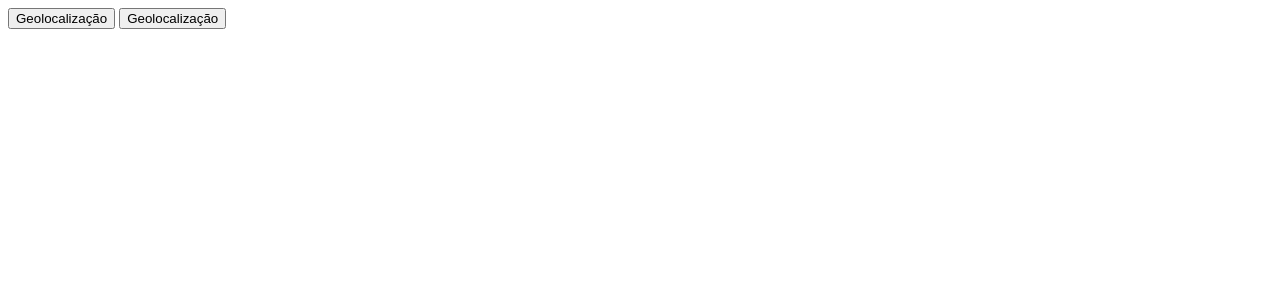
Repository: umlaufisadora/api-weather-physics
Page: index.html
The author's editor kept a copy of each file at every save. The page is drawn from the files as they stood at one save, then again after the next save.
The browser window is 1280 px wide. The pictures show the whole page.

Above is the page before, as saved 2026-07-24 20:25:12.

After the next save:
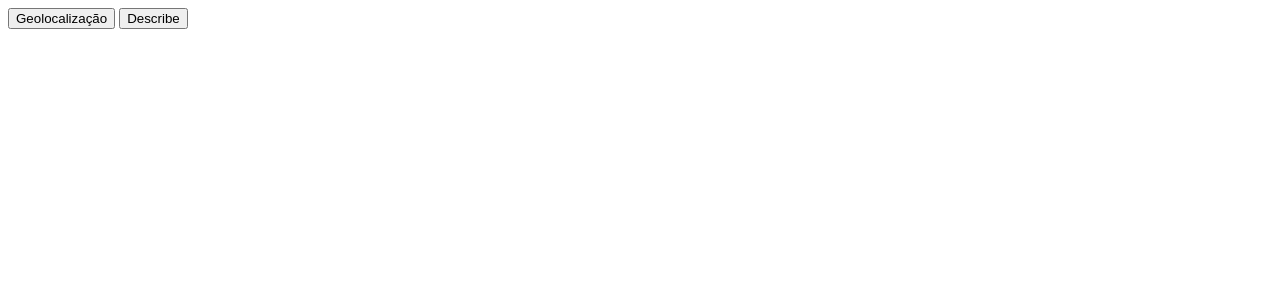
Saved 4 s later.
--- a/index.html
+++ b/index.html
@@ -12,7 +12,7 @@
 
     <main>
         <button id="btn-geolocation">Geolocalização</button>
-        <button id="btn-describe">Geolocalização</button>
+        <button id="btn-describe">Describe</button>
     </main>
 
     <script src="./app.js"></script>
